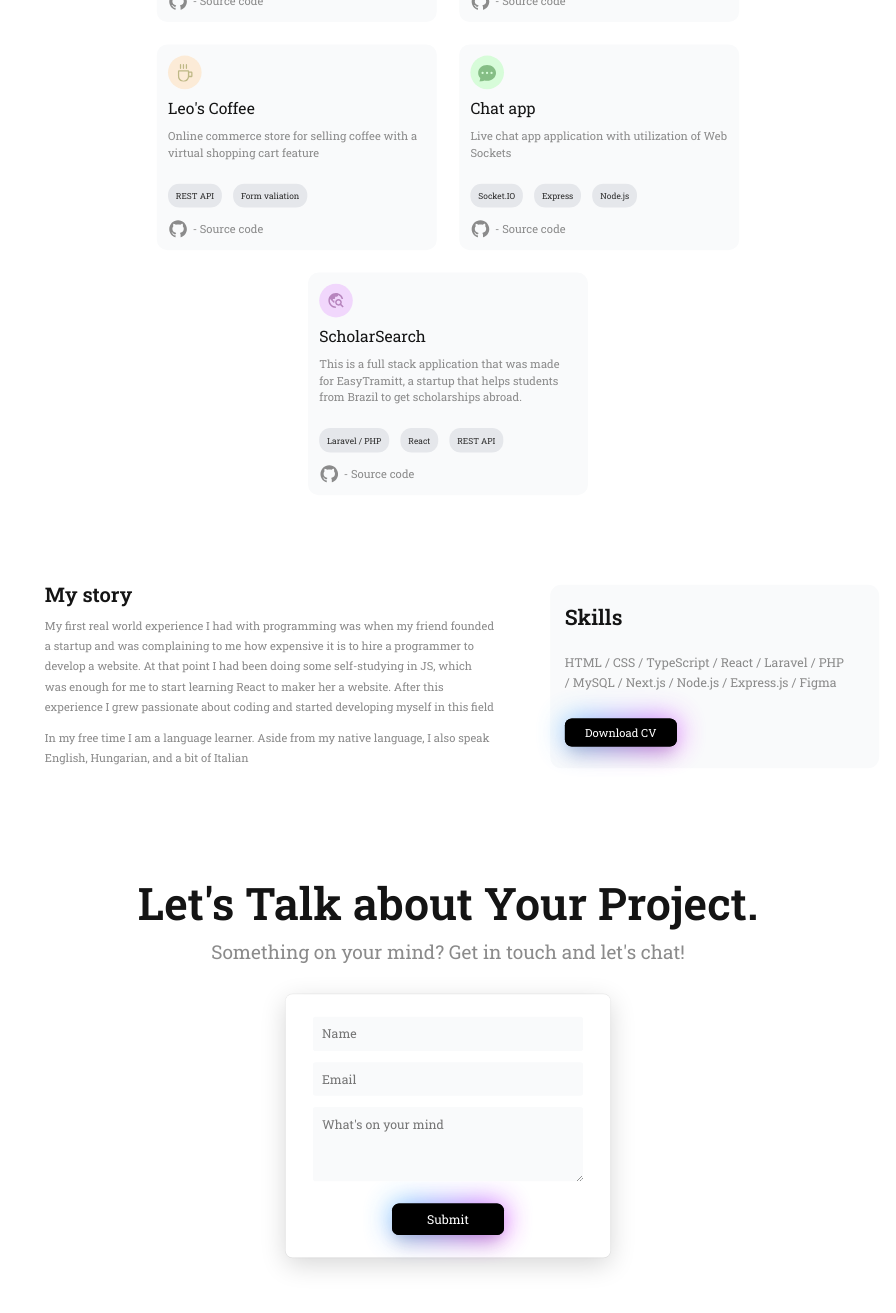
Repository: Leoka2000/portfolio-final
Page: /
An editor plug-in stored every save of this project. The page is shown before and after the next save, followed by the edit.
The browser window is 1280 px wide. The pictures show the part of the page from y = 1089 to 3009 px (the page is 2965 px tall before and 3009 px after), at 70% of full size.
The page's requests for data from a server got no answer. Some web fonts or font styles are not loaded; a fallback is used. The project was rebuilt for these pictures with package versions that can differ from the ones it lists, and the page was loaded fresh each time. No one was signed in, and anything a server would have sent is missing. Also part of the build but not shown: src/App.css. Imported but missing from the stored project, and not drawn on this page: src/assets/LeoCV.pdf, src/assets/ScholarSearch.mp4.

Above is the page before, as saved 2023-05-11 19:32:22.

### public/index.html
<!DOCTYPE html>
<html lang="en">
  <head>
    <meta charset="utf-8" />
    <link rel="icon" href="%PUBLIC_URL%/favicon.ico" />
    <meta name="viewport" content="width=device-width, initial-scale=1" />
    <meta name="theme-color" content="#000000" />
    <meta
      name="description"
      content="Web site created using create-react-app"
    />
    <link rel="apple-touch-icon" href="%PUBLIC_URL%/logo192.png" />
    <!-- font -->
    <link rel="preconnect" href="https://fonts.googleapis.com">
    <link rel="preconnect" href="https://fonts.gstatic.com" crossorigin>
    <link href="https://fonts.googleapis.com/css2?family=Fira+Sans+Extra+Condensed:wght@300&family=Roboto+Condensed:wght@300&family=Roboto+Slab:wght@400;500;600&display=swap" rel="stylesheet">

    <!-- font -->
    <link rel="manifest" href="%PUBLIC_URL%/manifest.json" />

    <title>React App</title>
  </head>
  <body>
    <noscript>You need to enable JavaScript to run this app.</noscript>
    <div id="root"></div>
    <!--
      This HTML file is a template.
      If you open it directly in the browser, you will see an empty page.

      You can add webfonts, meta tags, or analytics to this file.
      The build step will place the bundled scripts into the <body> tag.

      To begin the development, run `npm start` or `yarn start`.
      To create a production bundle, use `npm run build` or `yarn build`.
    -->
  </body>
</html>

### src/pages/main/home.jsx
import React from 'react'
import Navbar from '../../compontents/navbar/navbar'
import Hero from './hero/hero'
import Work from './work/work-parent'
import About from './about/about'
import Contact from '../contact/contact'


const Home = () => {
  return (
    <>
      <Hero/>
      <Work/>
      <About/>
      <Contact/>
    </>
  )
}

export default Home

### src/compontents/navbar/navbar.css
.nav-navbar {
    display: flex;
    justify-content: flex-start;

    align-items: center;
    height: 90px;
}

.nav-navbar > span {
    display: flex;
    color: var(--h1);
    text-align: center;
    align-items: center;
    justify-content: center;
    background-color: #f5f5f5;
    font-weight: 300;
    padding: 9px 30px;
    border-radius: 30px;
    height: 2rem;
    gap: 1rem;
    width: auto;
    position: absolute;
    right: 30rem;

}
.nav-navbar > span > div {
width: 1.4rem;
border-radius: 100%;
background-color: rgb(101, 223, 101);
height: 1.4rem;
}
.dropdown-menu{
    position: absolute;
    right: 0;
    margin-right: 2rem;


}
.nav-dropdown {
    transform: none;
    transition: all 2s ease-in-out;
    margin-top: 1rem;
    background-color: #f5f5f5;
    position: absolute;
    top: 1;
    right: 0;
    border-radius: 10px;
    width: 10rem;
    height: 8.5rem;
    font-size: 1.2rem;
    transition: all .2s ease-in-out;
    box-shadow: rgba(0, 0, 0, 0.1) 0px 20px 25px -5px, rgba(0, 0, 0, 0.04) 0px 10px 10px -5px;
    opacity:1;
    transition:

     0s linear,
     1s linear;
}
.nav-dropdown::before {
    content: "";
z-index: -1;
position: absolute;
top: 0;
right: 0;
bottom: 0;
left: 0;
background: linear-gradient(-45deg,#e81cff,#40c9ff);
transform: translateZ(0) scale(.95);
filter: blur(20px);
opacity: .6;
transition: .3s;
border-radius: inherit;
transition: all 2s ease-in-out;

}
.dropdown{

    list-style: none;
    display: flex;
 flex-direction: column;
 padding: 1rem;
 transform: none;
 opacity:1;
    transition:

     0s linear,
     1s linear;


}

.dropdown > a {
    list-style: none;
    width: 84%;
    display: flex;
    padding: 0.5rem 1rem 0.5rem 0.7rem;
}
.dropdown > a > a {
    width: 100%;
}
.dropdown a:hover {
    background-color: rgb(219, 219, 219);
    cursor: pointer;
    border-radius: 10px;
    transition: 0.2s;
}
.nav-navbar > div > button {
    background-color: transparent;
    outline: none;
    border: none;
    display: flex;
    align-items: center;
    background-color: #f5f5f5;
    border-radius: 10px;

    padding: 0.8rem;
    justify-content: center;
    gap: 0.2rem;
    cursor: pointer;
    position: relative;
    transition: 0.3s;
}
.nav-navbar > div > button:hover {
background-color: rgb(228, 228, 228);
transform: scale(1.1);
}
.dropdown-menu > button > p {
    font-size: 1.2rem;

}
.dropdown-menu button svg {
    font-size: 1.5rem;
}

### src/pages/main/hero/hero.jsx
import React from 'react'
import {AiFillGithub} from 'react-icons/ai'
import {AiOutlineMail} from 'react-icons/ai'
import {AiFillLinkedin} from 'react-icons/ai'
import './hero.css'
import { Link } from 'react-scroll'

const hero = () => {
  return (
    <>
      <section className='hero-section'>
        <h1>Hi, I'm Leo, a front-end developer</h1>
        <p>I build things for the web primarily using React. Currently living in Hungary</p>
        <div className='icons-wrapper'>
          <a href='https://www.linkedin.com/in/leoreus/'><AiFillGithub/></a>
          <a href='https://github.com/Leoka2000'><AiOutlineMail/> </a>
          <a><AiFillLinkedin/></a>
        </div>
        <button className='hero-btn'> <Link to="contact" spy={true} smooth={true} offset={100} duration={500}>Hire me</Link></button>
      </section>
    </>
  )
}

export default hero

### src/pages/main/about/about.js
import React from 'react'
import './about.css'
import ThingsIDo from './thingsido/index'
import Skills from './skills/index'

const about = () => {
  return (
    <section id='about' className='about-section'>
      <ThingsIDo/>
      <Skills/>
    </section>
  )
}

export default about

### src/pages/main/hero/hero.css
.hero-section {
    display: flex;
    flex-direction: column;
    text-align: center;
    align-items: center;
    padding: 4rem 2rem 2rem 2rem;
    justify-content: center;
    gap: 1.5rem
}
.hero-section h1 {
    color: var(--h1);
    font-size: 5rem;
}
.hero-section p {
    color: var(--p);
    font-size: 2rem;
    line-height: 2.5rem;
    width: 80%;

}
.icons-wrapper {
    font-size: 2rem;
    color: var(--p);
    background-color: #f5f5f5;
    border-radius: 25px;
    align-items: center;
    padding: 0.8rem 0 0.5rem 0;
    width: 12rem;
    display: flex;
    justify-content: center;
    gap: 1rem;
    cursor: pointer;

}
.icons-wrapper a {
    text-decoration: none;
    color: var(--p);
}
.icons-wrapper svg {
    transition: 0.4s;
}
.icons-wrapper svg:hover {
    color: rgb(0, 0, 0);
}


.hero-section > button {
    font-family: 'Fira Sans Extra Condensed', sans-serif;

    font-family: 'Inter', sans-serif;

    font-family: 'Roboto Condensed', sans-serif;

    font-family: 'Roboto Slab', serif;

    display: flex;
    justify-content: center;
    align-items: center;
    color: white;
    font-size: 1.3rem;
    width: 10rem;
    height: 3.5rem;
    border-radius: 10px;
    outline: none;
    background-color: black;
    border: none;
    position: relative;
    cursor: pointer;
    transition: all .2s ease-in-out;
    box-shadow: rgba(0, 0, 0, 0.1) 0px 20px 25px -5px, rgba(0, 0, 0, 0.04) 0px 10px 10px -5px;
}
.hero-section > button::before {
    content: "";
z-index: -1;
position: absolute;
top: 0;
right: 0;
bottom: 0;
left: 0;
background: linear-gradient(-45deg, #e81cff, #40c9ff);
transform: translateZ(1) scale(.98);
filter: blur(20px);
opacity: .6;
transition: opacity .3s;
border-radius: inherit;
transition: all .2s ease-in-out;
}
.hero-section > button::after {

        content: "";
        z-index: -1;
        position: absolute;
        top: 0;
        right: 0;
        bottom: 0;
        left: 0;
        background: inherit;
        border-radius: inherit;
      }

.hero-section > button:hover {
transform: scale(1.1);
background-color: white;
color: black;
}



@media screen and (max-width: 1000px) {
    .hero-section > h1 {
        color: var(--h1);
        font-size: 2rem;
    }
    .hero-section > p {
        font-size: 1.2rem;
        line-height: 1.4rem;
    }

}

### src/pages/main/work/work.css
.work-section {
    display: flex;
    flex-direction: column;
    justify-content: center;
    padding: 4rem 1rem 1rem 1rem;

}
.work-section > header {
text-align: center;
font-size:2.5rem;
}

.work-main {
    padding-top: 4rem;
    display: flex;
    gap: 2rem;
    flex-wrap: wrap;
    justify-content: center;
}
.individual-wrapper {
    background-color: var(--background);
    width: 23rem;
    display: flex;
    justify-content: space-between;
    flex-direction: column;
gap: 1rem;
padding: 1rem;
border-radius: 15px;
height: auto;
transition: 0.5s;
}
.individual-wrapper:hover {
    transform: scale(1.02);
    background-color: rgb(241, 241, 241);

}
.individual-wrapper > h1 {
    font-size: 1.4rem;
    font-weight: 400;
}
.individual-wrapper > span {
    font-size: 1.6rem;
    background-color: var(--background-dark);
    border-radius: 100%;
    width: 3rem;
    height: 3rem;
    justify-content: center;
    align-items: center;
    display: flex;
}
.individual-wrapper > p {
    color: var(--p);
    line-height: 1.5rem;
}
.key-wrapper {
    display: flex;
    gap: 1rem
}
.key-wrapper > span {
    margin-top: 1rem;
    text-align: center;
    padding: 0.7rem;
    border-radius: 16px;
    width: auto;
    display: block;
    font-weight: 100;
    font-size: 0.75rem;
    background-color: var(--background-dark);
    color :rgb(43, 43, 43)
}

a { color: inherit;
text-decoration: none;
}
.individual-wrapper > a {
    font-size: 1.8rem;
    cursor: pointer;
    display: flex;
    color: var(--p);
    align-items: center;
    gap: 0.4rem;
    transition: 0.3s;
}
.individual-wrapper > a > p {
    color: var(--p);
    font-size: 1rem;
    transition: 0.3s;

}

.individual-wrapper > a:hover #hover {
    color: black;
}

.individual-wrapper > a:hover {
    color: black;
}
#work-1 {
    background-color: rgb(215, 232, 252);
    color: rgb(133, 190, 188);
}

#work-2 {
    background-color: rgb(215, 252, 217);
    color: rgb(133, 190, 133);
}
#work-3 {
    background-color: rgb(252, 235, 215);
    color: rgb(190, 184, 133);
}
#work-4 {
    background-color: rgb(215, 252, 217);
    color: rgb(133, 190, 133);
}
#work-5 {
    background-color: rgb(241, 215, 252);
    color: rgb(183, 133, 190);
}

  .video-overlay {
    position: fixed;
    top: 0;
    left: 0;
    width: 100%;
    height: 100%;
    background-color: rgba(0, 0, 0, 0.8);
    display: flex;
    justify-content: center;
    align-items: center;
    z-index: 9999;
  }

  .video-overlay video {
    max-width: 90%;
    max-height: 90%;
  }

  .video-overlay button {
    background-color: #fff;
    position: absolute;
    color: #000;
    border: none;
    right: 4rem;
    top: 12rem;
    padding: 10px 20px;
    font-size: 16px;
    border-radius: 4px;
    cursor: pointer;
  }

  .video-overlay button:hover {
    background-color: #000;
    color: #fff;
  }

### src/pages/main/work/projects/bionexus/index.jsx
import React from 'react'
import {FaBusinessTime} from 'react-icons/fa'
import {AiFillGithub} from 'react-icons/ai'

const index = () => {
  return (
    <a target='_blank' href='https://bionexusjr.com' className='individual-wrapper'>
    <span id='work-2'><FaBusinessTime/></span>
    <h1>BioNexusJr's landing page</h1>
    <p>Landing page for Hungary's first junior enterprise - BioNexusJr. Integrated with i18next's API for implementing a translation feature between English and Hungarian</p>
    <div className='key-wrapper'>
    <span>React</span>
      <span>i18next</span>
      <span>Firebase</span>
      <span>Form validation</span>
    </div>
    <a href='https://github.com/Leoka2000/BioNexus-s-Website'><AiFillGithub/><p id='hover'>- Source code</p></a>
  </a>
  )
}

export default index

### src/pages/main/work/projects/coffee/index.jsx
import React from 'react'
import {AiOutlineCoffee} from 'react-icons/ai'
import {AiFillGithub} from 'react-icons/ai'

const index = () => {
  return (
    <a target='_blank'  href='https://voluble-salamander-19402b.netlify.app/' className='individual-wrapper'>
      <span id='work-3'><AiOutlineCoffee/></span>
      <h1>Leo's Coffee</h1>
      <p>Online commerce store for selling coffee with a virtual shopping cart feature</p>
      <div className='key-wrapper'>
        <span>REST API</span>
        <span>Form valiation</span>
      </div>
      <a href='https://www.facebook.com/'><AiFillGithub/><p id='hover'>- Source code</p></a>
    </a>
  )
}

export default index

### src/pages/main/work/projects/chatapp/index.jsx
import React from 'react'
import {BsFillChatDotsFill} from 'react-icons/bs'
import {AiFillGithub} from 'react-icons/ai'

const index = () => {
  return (
    <a target='_blank'  href='https://idyllic-horse-830bac.netlify.app/' className='individual-wrapper'>
    <span id='work-4'><BsFillChatDotsFill/></span>
    <h1>Chat app</h1>
    <p>Live chat app application with utilization of Web Sockets</p>
    <div className='key-wrapper'>
      <span>Socket.IO</span>
      <span>Express</span>
      <span>Node.js</span>
    </div>
    <a href='https://www.facebook.com/'><AiFillGithub/><p id='hover'>- Source code</p></a>
  </a>
  )
}

export default index

### src/pages/main/work/projects/easy/index.jsx
import React, { useState } from 'react';
import { MdTravelExplore } from 'react-icons/md';
import { AiFillGithub } from 'react-icons/ai';
import video from '../../../../../assets/ScholarSearch.mp4';

const Index = () => {
  const [isVideoPlaying, setIsVideoPlaying] = useState(false);

  const handleVideoClick = () => {
    setIsVideoPlaying(true);
    disableScroll();
  };

  const handleQuitVideo = () => {
    setIsVideoPlaying(false);
    enableScroll();
  };

  const disableScroll = () => {
    document.body.style.overflow = 'hidden';
  };

  const enableScroll = () => {
    document.body.style.overflow = '';
  };

  return (
    <div>
      <a onClick={handleVideoClick}
        target="_blank"
        className="individual-wrapper"
      >
        <span id="work-5">
          <MdTravelExplore />
        </span>
        <h1>ScholarSearch</h1>
        <p>
          This is a full stack application that was made for EasyTramitt, a
          startup that helps students from Brazil to get scholarships abroad.
        </p>
        <div className="key-wrapper">
          <span>Laravel / PHP</span>
          <span>React</span>
          <span>REST API</span>
        </div>
        <a href="https://www.facebook.com/">
          <AiFillGithub />
          <p id="hover">- Source code</p>
        </a>
      </a>

      {isVideoPlaying && (
        <div className="video-overlay">
          <video src={video} controls autoPlay />
          <button onClick={handleQuitVideo}>Quit</button>
        </div>
      )}
    </div>
  );
};

export default Index;

### src/pages/main/work/projects/cryptoapp/index.jsx
import React from 'react'
import {SiBitcoin} from 'react-icons/si'
import {AiFillGithub} from 'react-icons/ai'

const index = () => {
  return (
    <a target='_blank'  href='https://regal-macaron-8fc4ed.netlify.app/' className='individual-wrapper'>
      <span id='work-1'><SiBitcoin/></span>
      <h1>CryptoApp</h1>
      <p>By consuming the CoinGecko API, the app provides live updates on different cryptocurrency informations</p>
      <div className='key-wrapper'>
      <span>TypeScript</span>
      <span>React</span>
        <span>CoinGecko API</span>
        <span>Axios</span>
      </div>
      <a href='https://github.com/Leoka2000/CryptoApp'><AiFillGithub/><p id='hover'>- Source code</p></a>
    </a>
  )
}

export default index

### src/pages/main/about/about.css
.about-section {
    display: flex;
    gap: 0.5rem;
    padding: 7rem 1.5rem 5rem 4rem;
}

.left {
    display: flex;
    flex-direction: column;
    width: 50rem;
    gap: 1rem;

}
.left > h1 {
    color: var(--h1);
    font-size: 1.8rem;
}
.left > p {
    line-height: 1.8rem;
    color: var(--p);
    font-size: 1rem;
    font-weight: normal;
    -webkit-font-smoothing: antialiased;
    -moz-osx-font-smoothing: grayscale;
    width: 90%;

}

.right {
    display:flex;
    flex-direction: column;
    background-color: var(--background);
    border-radius: 16px;
    gap:1.6rem;
    padding: 1.3rem;
    justify-content: space-evenly;
    z-index: 0;
    width: 30rem;

}
.right > h1 {
    font-size: 1.9rem;
}
.right > p {
    color: var(--p);
    font-size: 1.1rem;
    line-height: 1.8rem;
    width: 95%;
}
.right-btn {
    display: flex;
    justify-content: center;
    align-items: center;
    color: white;
    font-size: 1rem;
    width: 10rem;
    height: 2.5rem;
    border-radius: 10px;
    outline: none;

    background-color: black;
    border: none;
    position: relative;
    cursor: pointer;
    transition: all .2s ease-in-out;
    box-shadow: rgba(0, 0, 0, 0.1) 0px 20px 25px -5px, rgba(0, 0, 0, 0.04) 0px 10px 10px -5px;
    font-family: 'Fira Sans Extra Condensed', sans-serif;

    font-family: 'Inter', sans-serif;

    font-family: 'Roboto Condensed', sans-serif;

    font-family: 'Roboto Slab', serif;
}
.right-btn::before {
    content:"";
z-index: -1;
position: absolute;
top: 0;
right: 0;
bottom: 0;

left: 0;
background: linear-gradient(-45deg, #e81cff, #40c9ff);
transform: translateZ(1) scale(.98);
filter: blur(20px);
opacity: 0.8;
transition: opacity .3s;
border-radius: inherit;
transition: all .2s ease-in-out;
}
.right-btn::after {

        content: "";
        z-index: -1;
        position: absolute;
        top: 0;
        right: 0;
        bottom: 0;
        left: 0;
        background: inherit;
        border-radius: inherit;
      }

      .right-btn:hover {
transform: scale(1.1);
background-color: white;
color: black;
}




@media screen and (max-width: 1150px) {
    .right {
        width: 35rem;


    }
    .left {
        width: 40rem;
        padding-left: 1.5rem;
    }
}

@media screen and (max-width: 1000px) {
    .about-section {
        flex-direction: column;
        padding-left: 0rem;
    }
    .right {
        width: 90%;



    }
    .left {
        width: 90%;
        padding-bottom: 1.5rem;


    }
    .left > p {
        width: 100%;
    }

    .right-btn {
        width: 13rem;
    }

    .right > p {

        font-size: 1.2rem;

    }
}

### src/pages/main/about/thingsido/index.jsx
import React from 'react'

const index = () => {
  return (
    <div className='left'>
            <h1>My story</h1>
            <p>My first real world experience I had with programming was when my friend founded a startup and was complaining to me how expensive it is to hire a programmer to develop a website. At that point I had been doing some self-studying in JS, which was enough for me to start learning React to maker her a website. After this experience I grew passionate about coding and started developing myself in this field</p>
            <p>In my free time I am a language learner. Aside from my native language, I also speak English, Hungarian, and a bit of Italian</p>
        </div>
  )
}

export default index

### src/pages/main/about/skills/index.jsx
import React from 'react'
import CV from '../../../../assets/LeoCV.pdf'
import './index.css'



const index = () => {
    return (
        <div className='right'>
            <h1>Skills</h1>
            <p>HTML / CSS / TypeScript / React / Laravel / PHP / MySQL / Next.js / Node.js / Express.js / Figma</p>
            <a href={CV} download className='right-btn'>Download CV</a>
        </div>
    )
}

export default index

### src/pages/contact/contact.css
.contact-session {
    padding: 5rem 1rem 5rem 1rem;
}
.contact-header {
    text-align: center;
    font-size: 1.2rem;
    gap: 1.5rem;
    display: flex;
    flex-direction: column;
}
.contact-header > h1 {
    font-size: 4rem;
    color: var(--h1);
}
.contact-header > p {
    color: var(--p);
    font-size: 1.7rem;
}
.contact-main {
    padding-top: 3rem;
    display: flex;
    justify-content: center;

}
.form {
    display: flex;
    flex-direction: column;
    justify-content: center;
    align-items: center;
    gap: 1rem;
    width: 25rem;
    box-shadow: rgba(0, 0, 0, 0.16) 0px 10px 36px 0px, rgba(0, 0, 0, 0.06) 0px 0px 0px 1px;
    padding: 2rem;
    border-radius: 10px;

}
.input {
    padding: 0.8rem;
    width: 22.5rem;
    outline: 2px solid transparent;
outline-offset: 2px;
border: none;
background-color: var(--background);
border-radius: 4px;
font-size: 1.1rem;
font-family: 'Fira Sans Extra Condensed', sans-serif;

  font-family: 'Inter', sans-serif;

  font-family: 'Roboto Condensed', sans-serif;

  font-family: 'Roboto Slab', serif;

}
.textarea {
padding: 0.8rem;
    width: 22.5rem;
    height: 5rem;
    outline: 2px solid transparent;
outline-offset: 2px;
border: none;
background-color: var(--background);
border-radius: 4px;
font-family: 'Fira Sans Extra Condensed', sans-serif;
font-size: 1.1rem;
  font-family: 'Inter', sans-serif;

  font-family: 'Roboto Condensed', sans-serif;

  font-family: 'Roboto Slab', serif;
}

.error {
  text-align:end;
   color: red;
}
.success {
 color: rgb(16, 184, 80);
 padding-bottom: 0.5rem;
}
.contact-btn {
    font-family: 'Fira Sans Extra Condensed', sans-serif;

    font-family: 'Inter', sans-serif;

    font-family: 'Roboto Condensed', sans-serif;

    font-family: 'Roboto Slab', serif;

    display: flex;
    justify-content: center;
    align-items: center;
    color: white;
    font-size: 1.1rem;
    width: 10rem;
    height: 2.8rem;
    border-radius: 10px;
    outline: none;
    background-color: black;
    border: none;
    position: relative;
    cursor: pointer;
    transition: all .2s ease-in-out;
    box-shadow: rgba(0, 0, 0, 0.1) 0px 20px 25px -5px, rgba(0, 0, 0, 0.04) 0px 10px 10px -5px;
    margin-top: 1rem;
}

.contact-btn::before {
    content: "";
z-index: -1;
position: absolute;
top: 0;
right: 0;
bottom: 0;
left: 0;
background: linear-gradient(-45deg, #e81cff, #40c9ff);
transform: translateZ(1) scale(.9);
filter: blur(20px);
opacity: .9;
transition: opacity .3s;
border-radius: inherit;
transition: all .2s ease-in-out;
}
.contact-btn::after {

        content: "";
        z-index: -1;
        position: absolute;
        top: 0;
        right: 0;
        bottom: 0;
        left: 0;
        background: inherit;
        border-radius: inherit;
      }

.contact-btn:hover {
transform: scale(1.1);
background-color: white;
color: black;
}

@media screen and (max-width: 600px) {

    .contact-header > h1 {

        font-size: 2.5rem;
    }
    .contact-header > p {
        line-height: 2rem;
        font-size: 1.6rem;
    }

}
@media screen and (max-width: 400px) {
    .input, .textarea {
        width: 18rem;
    }
}

Loaded but not shown: src/index.js (common file); src/index.css (common file); src/App.js (common file); src/pages/contact/inputs/index.js (55 lines, source omitted); src/compontents/navbar/navbar.js (35 lines, source omitted); src/pages/main/work/work-parent.js (32 lines, source omitted); src/firebaseConfig.js (27 lines, source omitted); src/pages/contact/contact.js (22 lines, source omitted); src/pages/main/about/skills/index.css (no stored copy; drawn as an empty file)

After the next save:
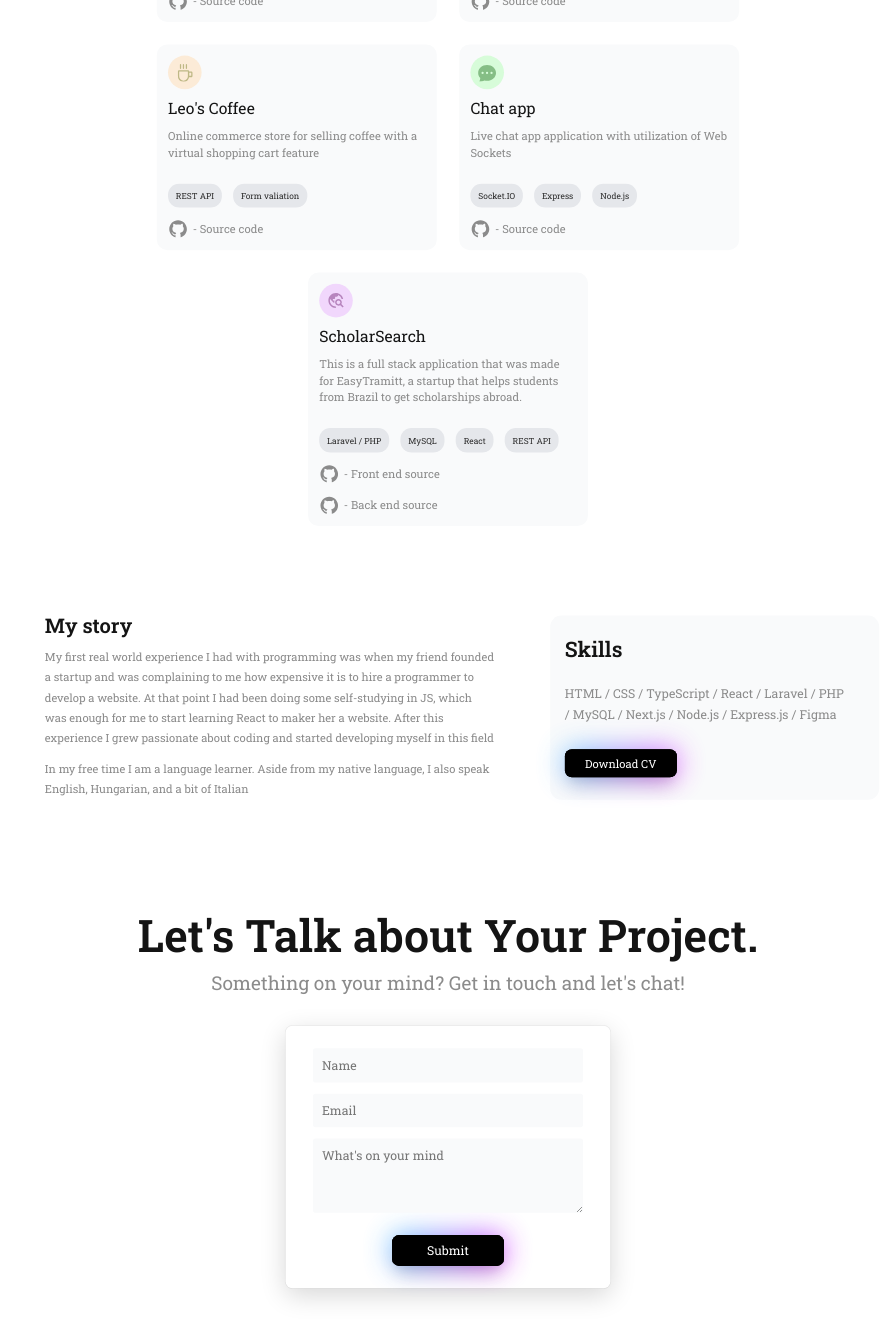
Saved 4 min 5 s later.
--- a/src/pages/main/work/projects/easy/index.jsx
+++ b/src/pages/main/work/projects/easy/index.jsx
@@ -40,12 +40,17 @@ const Index = () => {
         </p>
         <div className="key-wrapper">
           <span>Laravel / PHP</span>
+          <span>MySQL</span>
           <span>React</span>
           <span>REST API</span>
         </div>
         <a href="https://www.facebook.com/">
           <AiFillGithub />
-          <p id="hover">- Source code</p>
+          <p id="hover">- Front end source</p>
+        </a>
+        <a href="https://github.com/Leoka2000/back-end-laravel">
+          <AiFillGithub />
+          <p id="hover">- Back end source</p>
         </a>
       </a>
 
